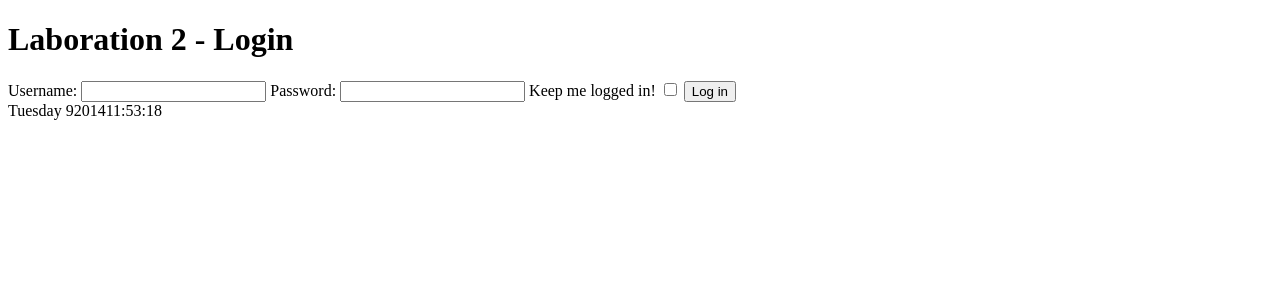
Repository: me222rs/PHPlabb2
Page: http://localhost/
An editor plug-in stored every save of this project. The page is shown before and after the next save, followed by the edit.
The browser window is 1280 px wide. The pictures show the whole page.
The page is run by PHP 8.4 with error messages shown; the project is at /var/www/html/.

Above is the page before, as saved 2014-09-09 11:53:18.

After the next save:
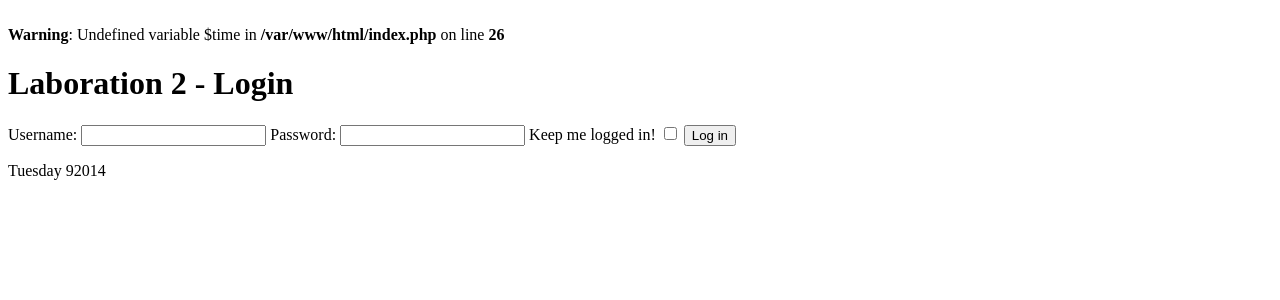
Saved 91 s later.
--- a/PHPLabb2/index.php
+++ b/PHPLabb2/index.php
@@ -2,9 +2,10 @@
 
 	setlocale(LC_ALL , "swedish"); //Borde sätta språket till svenska?
 	$day = ucwords(strftime("%A"));
+	$month = strftime("%B");
 	$dayNumber = strftime("%e");
 	$year = strftime("%Y");
-	$time = strftime("%H:%M:%S");
+	//$time = strftime("%H:%M:%S");
 
 
 	echo "
